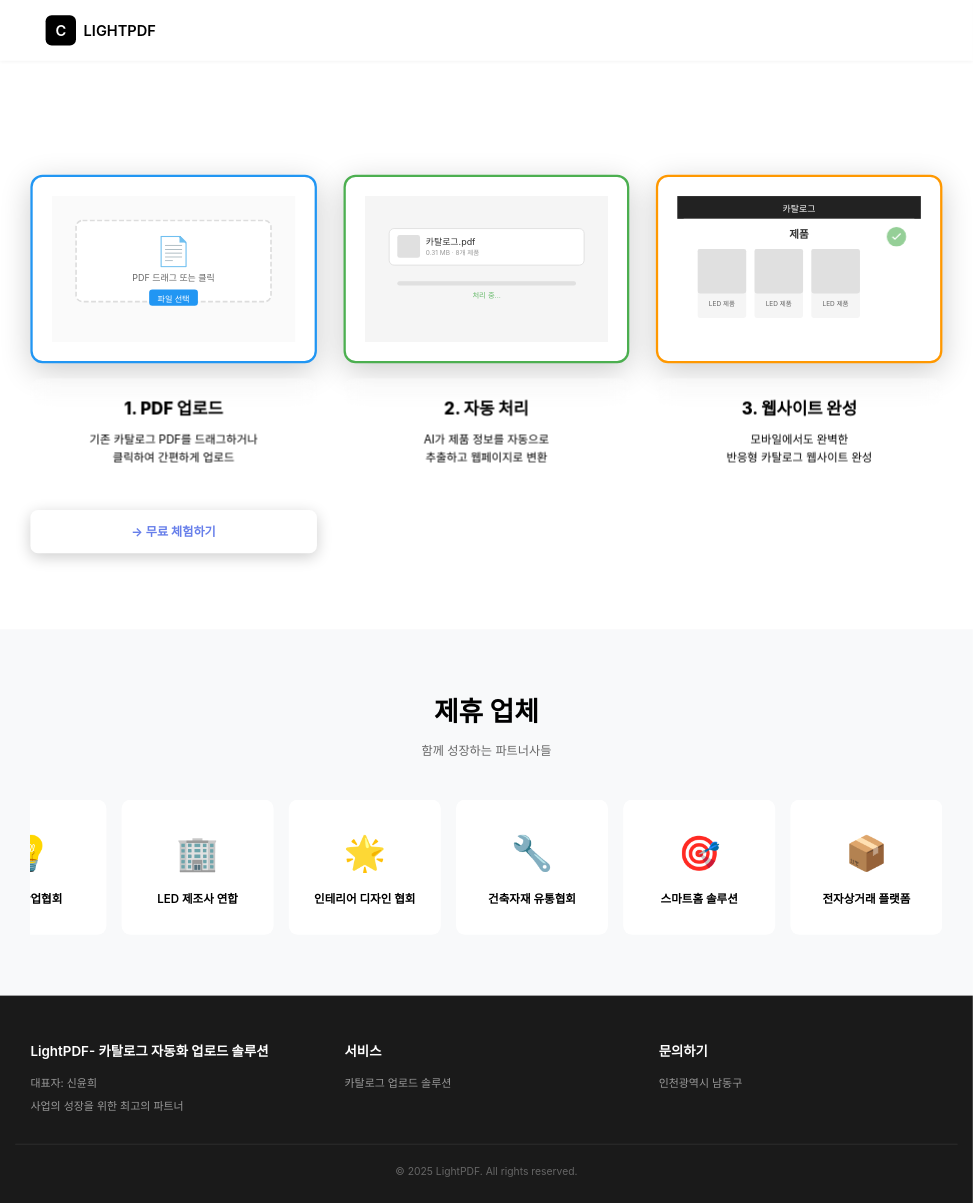
Repository: ororso11/catamaster
Page: index.html
An editor plug-in stored every save of this project. The page is shown before and after the next save, followed by the edit.
The browser window is 1280 px wide. The pictures show the whole page, at 76% of full size.

Above is the page before, as saved 2025-10-05 00:52:20.

### index.html
<!DOCTYPE html>
<html lang="ko">
<head>
    <meta charset="UTF-8">
    <meta name="viewport" content="width=device-width, initial-scale=1.0">
    <title>LIGHTPDF - 카탈로그 자동화 업로드 솔루션</title>
    <link rel="stylesheet" href="style.css">
</head>
<body>
    <header>
        <div class="header-container">
            <div class="logo">
                <div class="logo-icon">C</div>
                <span>LIGHTPDF</span>
            </div>
        </div>
    </header>

    <section class="hero">
        <div class="hero-content">
            <!-- <h1>카탈로그 제작 PDF로 충분하다.</h1> -->

            <div class="process-container">
                <!-- Step 1 -->
                <div class="process-card">
                    <div class="card-inner card-1">
                        <svg viewBox="0 0 300 180" xmlns="http://www.w3.org/2000/svg">
                            <rect fill="#fafafa" width="300" height="180"/>
                            <rect x="30" y="30" width="240" height="100" rx="8" fill="white" stroke="#ddd" stroke-width="2" stroke-dasharray="6,3"/>
                            <text class="upload-icon" x="150" y="80" text-anchor="middle" font-size="35">📄</text>
                            <text x="150" y="105" text-anchor="middle" fill="#666" font-size="11">PDF 드래그 또는 클릭</text>
                            <rect x="120" y="115" width="60" height="20" rx="4" fill="#2196F3"/>
                            <text x="150" y="130" text-anchor="middle" fill="white" font-size="10">파일 선택</text>
                        </svg>
                    </div>
                    <div class="card-description">
                        <h3>1. PDF 업로드</h3>
                        <p>기존 카탈로그 PDF를 드래그하거나<br>클릭하여 간편하게 업로드</p>
                    </div>
                </div>

                <!-- Step 2 -->
                <div class="process-card">
                    <div class="card-inner card-2">
                        <svg viewBox="0 0 300 180" xmlns="http://www.w3.org/2000/svg">
                            <rect fill="#f5f5f5" width="300" height="180"/>
                            <rect x="30" y="40" width="240" height="45" rx="6" fill="white" stroke="#ddd"/>
                            <rect x="40" y="48" width="28" height="28" rx="3" fill="#e0e0e0"/>
                            <text x="75" y="60" fill="#333" font-size="11">카탈로그.pdf</text>
                            <text x="75" y="73" fill="#999" font-size="8">0.31 MB · 8개 제품</text>
                            <rect x="40" y="105" width="220" height="5" rx="2.5" fill="#e0e0e0"/>
                            <rect class="progress-bar" x="40" y="105" width="0" height="5" rx="2.5" fill="#4CAF50"/>
                            <text class="processing-text" x="150" y="125" text-anchor="middle" fill="#4CAF50" font-size="9">처리 중...</text>
                        </svg>
                    </div>
                    <div class="card-description">
                        <h3>2. 자동 처리</h3>
                        <p>AI가 제품 정보를 자동으로<br>추출하고 웹페이지로 변환</p>
                    </div>
                </div>

                <!-- Step 3 -->
                <div class="process-card">
                    <div class="card-inner card-3">
                        <svg viewBox="0 0 300 180" xmlns="http://www.w3.org/2000/svg">
                            <rect fill="#222" width="300" height="28"/>
                            <text x="150" y="19" text-anchor="middle" fill="white" font-size="11">카탈로그</text>
                            <rect x="8" y="28" width="284" height="144" fill="#fff"/>
                            <text x="150" y="52" text-anchor="middle" fill="#333" font-size="13" font-weight="bold">제품</text>

                            <g class="product-1">
                                <rect x="25" y="65" width="60" height="85" rx="3" fill="#f5f5f5"/>
                                <rect x="25" y="65" width="60" height="55" rx="3" fill="#e0e0e0"/>
                                <text x="55" y="135" text-anchor="middle" fill="#666" font-size="8">LED 제품</text>
                            </g>

                            <g class="product-2">
                                <rect x="95" y="65" width="60" height="85" rx="3" fill="#f5f5f5"/>
                                <rect x="95" y="65" width="60" height="55" rx="3" fill="#e0e0e0"/>
                                <text x="125" y="135" text-anchor="middle" fill="#666" font-size="8">LED 제품</text>
                            </g>

                            <g class="product-3">
                                <rect x="165" y="65" width="60" height="85" rx="3" fill="#f5f5f5"/>
                                <rect x="165" y="65" width="60" height="55" rx="3" fill="#e0e0e0"/>
                                <text x="195" y="135" text-anchor="middle" fill="#666" font-size="8">LED 제품</text>
                            </g>

                            <g class="checkmark">
                                <circle cx="270" cy="50" r="12" fill="#4CAF50"/>
                                <path d="M 265 50 L 268 53 L 275 46" stroke="white" stroke-width="1.5" fill="none"/>
                            </g>
                        </svg>
                    </div>
                    <div class="card-description">
                        <h3>3. 웹사이트 완성</h3>
                        <p>모바일에서도 완벽한<br>반응형 카탈로그 웹사이트 완성</p>
                    </div>
                </div>
                  <a href="dashboard.html" class="cta-button">→ 무료 체험하기</a>
            </div>
        </div>
    </section>

    <section class="partners">
        <h2 class="section-title">제휴 업체</h2>
        <p class="section-subtitle">함께 성장하는 파트너사들</p>

        <div class="partners-slider">
            <div class="partners-track">
                <div class="partner-card"><div class="partner-logo">💡</div><div class="partner-name">조명산업협회</div></div>
                <div class="partner-card"><div class="partner-logo">🏢</div><div class="partner-name">LED 제조사 연합</div></div>
                <div class="partner-card"><div class="partner-logo">🌟</div><div class="partner-name">인테리어 디자인 협회</div></div>
                <div class="partner-card"><div class="partner-logo">🔧</div><div class="partner-name">건축자재 유통협회</div></div>
                <div class="partner-card"><div class="partner-logo">🎯</div><div class="partner-name">스마트홈 솔루션</div></div>
                <div class="partner-card"><div class="partner-logo">📦</div><div class="partner-name">전자상거래 플랫폼</div></div>
                <div class="partner-card"><div class="partner-logo">💡</div><div class="partner-name">조명산업협회</div></div>
                <div class="partner-card"><div class="partner-logo">🏢</div><div class="partner-name">LED 제조사 연합</div></div>
                <div class="partner-card"><div class="partner-logo">🌟</div><div class="partner-name">인테리어 디자인 협회</div></div>
                <div class="partner-card"><div class="partner-logo">🔧</div><div class="partner-name">건축자재 유통협회</div></div>
            </div>
        </div>
    </section>

    <footer>
        <div class="footer-content">
            <div class="footer-section">
                <h3>LightPDF- 카탈로그 자동화 업로드 솔루션</h3>
                <p>대표자: 신윤희</p>
                <p>사업의 성장을 위한 최고의 파트너</p>
            </div>
            <div class="footer-section">
                <h3>서비스</h3>
                <p>카탈로그 업로드 솔루션</p>
            </div>
            <div class="footer-section">
                <h3>문의하기</h3>
                <p>인천광역시 남동구</p>
            </div>
        </div>
        <div class="footer-bottom">
            <p>&copy; 2025 LightPDF. All rights reserved.</p>
        </div>
    </footer>
</body>
</html>

### style.css
* {
    margin: 0;
    padding: 0;
    box-sizing: border-box;
}

body {
    font-family: -apple-system, BlinkMacSystemFont, 'Segoe UI', 'Malgun Gothic', sans-serif;
    color: #333;
    line-height: 1.6;
    overflow-x: hidden;
}

/* Header */
header {
    background: white;
    padding: 20px 0;
    box-shadow: 0 2px 5px rgba(0,0,0,0.05);
    position: sticky;
    top: 0;
    z-index: 100;
}

.header-container {
    max-width: 1200px;
    margin: 0 auto;
    padding: 0 20px;
    display: flex;
    justify-content: space-between;
    align-items: center;
}

.logo {
    display: flex;
    align-items: center;
    gap: 10px;
    font-size: 1.2rem;
    font-weight: 600;
    color: #000;
}

.logo-icon {
    width: 40px;
    height: 40px;
    background: #000;
    border-radius: 8px;
    display: flex;
    align-items: center;
    justify-content: center;
    color: white;
    font-size: 1.2rem;
}

/* Hero Section */
.hero {
    /* background: linear-gradient(135deg, #667eea 0%, #764ba2 100%); */
    padding: 80px 20px 100px;
    text-align: center;
}

.hero-content {
    max-width: 1200px;
    margin: 0 auto;
}

.hero h1 {
    font-size: 3rem;
    font-weight: 800;
    margin-bottom: 20px;
    /* color: white; */
    line-height: 1.3;
}

.subtitle {
    font-size: 1.3rem;
    /* color: rgba(255, 255, 255, 0.95); */
    margin-bottom: 35px;
    font-weight: 600;
}

.cta-button {
    display: inline-block;
    padding: 16px 40px;
    background: white;
    color: #667eea;
    text-decoration: none;
    border-radius: 10px;
    font-weight: 700;
    font-size: 1rem;
    transition: all 0.3s;
    box-shadow: 0 5px 20px rgba(0, 0, 0, 0.2);
}

.cta-button:hover {
    transform: translateY(-3px);
    box-shadow: 0 8px 25px rgba(0, 0, 0, 0.3);
}

/* 프로세스 컨테이너 - 크게 부각 */
.process-container {
    margin-top: 70px;
    display: grid;
    grid-template-columns: repeat(3, 1fr);
    gap: 35px;
    max-width: 1200px;
    margin-left: auto;
    margin-right: auto;
}

.process-card {
    text-align: center;
}

.card-inner {
    background: white;
    border-radius: 16px;
    padding: 25px;
    box-shadow: 0 10px 40px rgba(0, 0, 0, 0.2);
    margin-bottom: 20px;
    transition: all 0.4s cubic-bezier(0.175, 0.885, 0.32, 1.275);
    position: relative;
}

.card-1 {
    border: 3px solid #2196F3;
}

.card-2 {
    border: 3px solid #4CAF50;
}

.card-3 {
    border: 3px solid #FF9800;
}

.card-inner:hover {
    transform: translateY(-12px) scale(1.03);
    box-shadow: 0 20px 60px rgba(0, 0, 0, 0.3);
}

.card-inner svg {
    width: 100%;
    height: auto;
    display: block;
}

.card-description {
    background: rgba(255, 255, 255, 0.2);
    border-radius: 14px;
    padding: 22px;
    backdrop-filter: blur(12px);
    transition: all 0.3s;
    color: #000;
}

.process-card:hover .card-description {
    background: rgba(255, 255, 255, 0.3);
    transform: translateY(-5px);
}

.card-description h3 {
    /* color: white; */
    font-size: 22px;
    font-weight: 800;
    margin-bottom: 10px;
}

.card-description p {
    /* color: rgba(255, 255, 255, 0.95); */
    font-size: 15px;
    line-height: 1.6;
}

/* 애니메이션 */
.card-1:hover .upload-icon {
    animation: bounce 1s ease-in-out infinite;
}

@keyframes bounce {
    0%, 100% { transform: translateY(0); }
    50% { transform: translateY(-10px); }
}

.progress-bar {
    animation: fillProgress 2.5s ease-in-out infinite;
}

@keyframes fillProgress {
    0% { width: 0; }
    50% { width: 220px; }
    100% { width: 0; }
}

.processing-text {
    animation: blink 1.5s ease-in-out infinite;
}

@keyframes blink {
    0%, 100% { opacity: 0.3; }
    50% { opacity: 1; }
}

.product-1, .product-2, .product-3 {
    opacity: 0;
    animation: fadeIn 3s ease-in-out infinite;
}

.product-1 {
    animation-delay: 0s;
}

.product-2 {
    animation-delay: 0.4s;
}

.product-3 {
    animation-delay: 0.8s;
}

.checkmark {
    opacity: 0;
    animation: fadeIn 3s ease-in-out infinite;
    animation-delay: 1.5s;
}

@keyframes fadeIn {
    0%, 100% { opacity: 0; }
    30%, 70% { opacity: 1; }
}

/* Partners Section */
.partners {
    padding: 80px 20px;
    background: #f8f9fa;
    overflow: hidden;
}

.section-title {
    text-align: center;
    font-size: 2.2rem;
    color: #000;
    margin-bottom: 12px;
    font-weight: 700;
}

.section-subtitle {
    text-align: center;
    color: #666;
    margin-bottom: 50px;
    font-size: 1rem;
}

.partners-slider {
    max-width: 1200px;
    margin: 0 auto;
    overflow: hidden;
}

.partners-track {
    display: flex;
    gap: 20px;
    animation: scroll 30s linear infinite;
}

@keyframes scroll {
    0% { transform: translateX(0); }
    100% { transform: translateX(-50%); }
}

.partner-card {
    min-width: 200px;
    background: white;
    padding: 35px 20px;
    border-radius: 12px;
    text-align: center;
    flex-shrink: 0;
    transition: all 0.3s;
}

.partner-card:hover {
    transform: translateY(-5px);
    box-shadow: 0 5px 20px rgba(0,0,0,0.1);
}

.partner-logo {
    font-size: 2.8rem;
    margin-bottom: 12px;
}

.partner-name {
    font-weight: 600;
    color: #000;
    font-size: 0.95rem;
}

/* Footer */
footer {
    background: #1a1a1a;
    color: #999;
    padding: 60px 20px 30px;
}

.footer-content {
    max-width: 1200px;
    margin: 0 auto;
    display: grid;
    grid-template-columns: repeat(3, 1fr);
    gap: 40px;
    margin-bottom: 30px;
}

.footer-section h3 {
    margin-bottom: 15px;
    font-size: 1.1rem;
    color: white;
    font-weight: 600;
}

.footer-section p {
    color: #999;
    font-size: 0.9rem;
    margin-bottom: 8px;
}

.footer-bottom {
    text-align: center;
    padding-top: 25px;
    border-top: 1px solid #333;
    color: #666;
    font-size: 0.85rem;
}

/* 반응형 */
@media (max-width: 768px) {
    .hero h1 {
        font-size: 2rem;
    }

    .process-container {
        grid-template-columns: 1fr;
        gap: 40px;
    }

    .footer-content {
        grid-template-columns: 1fr;
    }
}

After the next save:
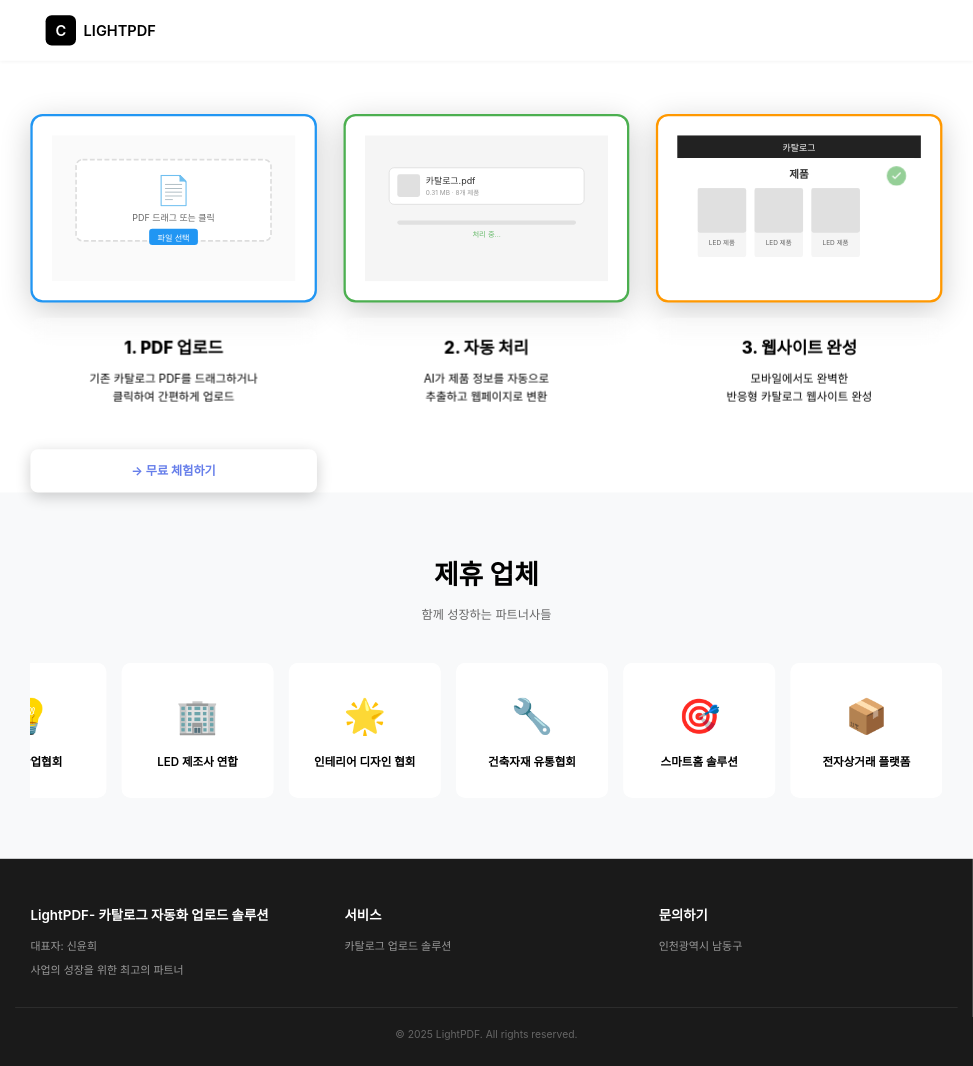
Saved 26 s later.
--- a/style.css
+++ b/style.css
@@ -54,7 +54,7 @@ header {
 /* Hero Section */
 .hero {
     /* background: linear-gradient(135deg, #667eea 0%, #764ba2 100%); */
-    padding: 80px 20px 100px;
+    /* padding: 80px 20px 100px; */
     text-align: center;
 }
 
